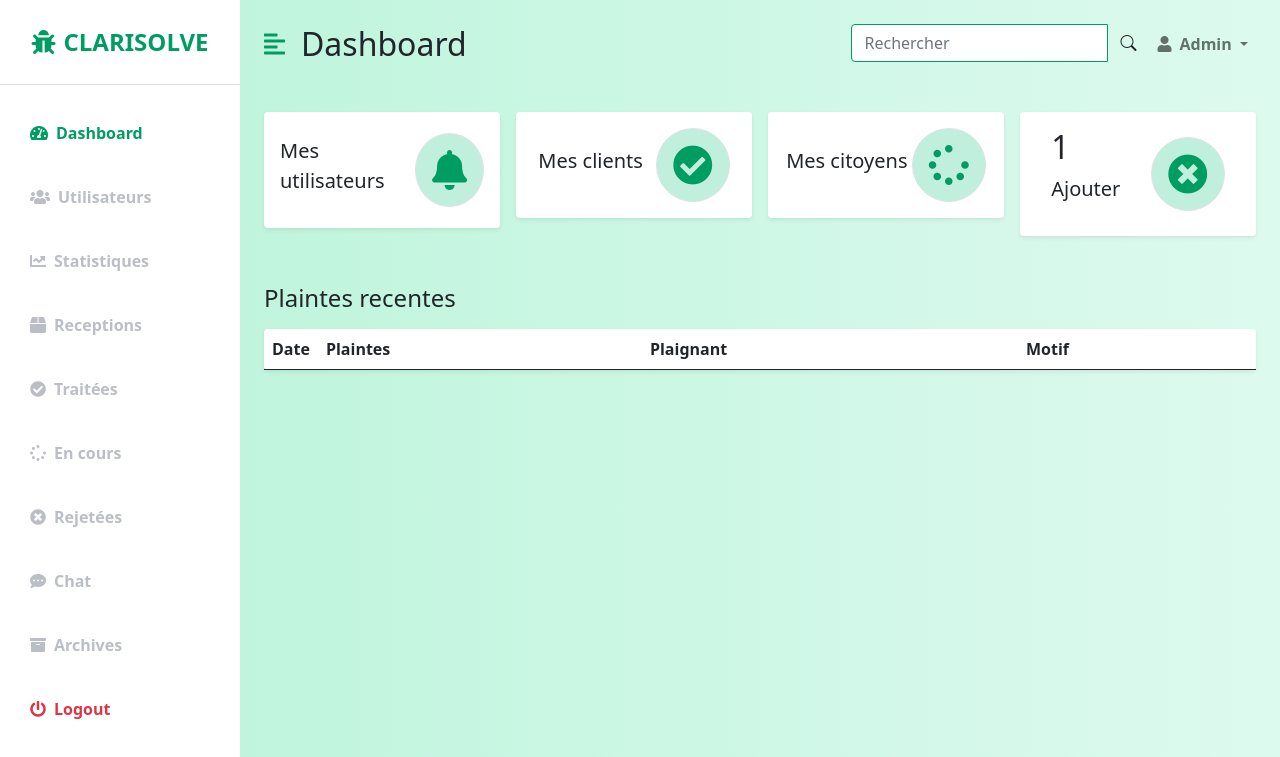
Repository: Senare1/PlaintEasy
Page: accounts/templates/accounts/users.html
These files come from the project's save history. The page is drawn as it stood at one moment and after the next save; the edit follows.
The browser window is 1280 px wide. The pictures show the whole page.
The template is drawn by Django 4.2. The application's start-up code is not run. Other server files are loaded and not shown. The template is opened directly, without the code that normally fills it, so the values that code supplies are empty.

Above is the page before, as saved 2024-07-31 06:23:28.

### accounts/templates/accounts/users.html
{% extends 'accounts/base.html' %}

{% load static %}

{% block title %} ADmin dashboard {% endblock %}
{% block content %}

<div class="container-fluid px-4">
    <div class="row g-3 my-2">
        <div class="col-md-3">
            <a href="{% url 'receiving' %}" class="text-decoration-none link-div">
                <div class="p-3 bg-white shadow-sm d-flex justify-content-around align-items-center rounded">
                    <div>
                        <h3 class="fs-2">{{ nb_total }}</h3>
                        <p class="fs-5">Mes utilisateurs</p>
                    </div>
                    <i class="fas fa-bell fs-1 primary-text border rounded-full secondary-bg p-3"></i>
                </div>
            </a>
        </div>

        <div class="col-md-3">
            <a href="{% url 'treated' %}" class="text-decoration-none link-div">
                <div class="p-3 bg-white shadow-sm d-flex justify-content-around align-items-center rounded">
                    <div>
                        <h3 class="fs-2">{{ nb_customer }}</h3>
                        <p class="fs-5">Mes clients</p>
                    </div>
                    <i
                        class="fas fa-check-circle fs-1 primary-text border rounded-full secondary-bg p-3"></i>
                </div>
            </a>
        </div>

        <div class="col-md-3">
            <a href="{% url 'running' %}" class="text-decoration-none link-div">
                <div class="p-3 bg-white shadow-sm d-flex justify-content-around align-items-center rounded">
                    <div>
                        <h3 class="fs-2">{{ nb_citizen }}</h3>
                        <p class="fs-5">Mes citoyens</p>
                    </div>
                    <i class="fas fa-spinner fs-1 primary-text border rounded-full secondary-bg p-3"></i>
                </div>
            </a>
        </div>

        <div class="col-md-3">
            <a href="{% url 'signup_user' %}" class="text-decoration-none link-div">
                <div class="p-3 bg-white shadow-sm d-flex justify-content-around align-items-center rounded">
                    <div>
                        <h3 class="fs-2">1</h3>
                        <p class="fs-5">Ajouter</p>
                    </div>
                    <i class="fas fa-times-circle fs-1 primary-text border rounded-full secondary-bg p-3"></i>
                </div>
            </a>
        </div>
    </div>

    <div class="row my-5">
        <h3 class="fs-4 mb-3">Plaintes recentes</h3>
        <div class="col">
            <table class="table bg-white rounded shadow-sm  table-hover">
                <thead>
                    <tr>
                        <th scope="col" width="50">Date</th>
                        <th scope="col">Plaintes</th>
                        <th scope="col">Plaignant</th>
                        <th scope="col">Motif</th>
                    </tr>
                </thead>
                <tbody>
                    {% for complaint in complaints %}
                    <tr>
                        <th scope="row">{{ complaint.date }}</th>
                        <td>Une diffammation</td>
                        <td>Jonny</td>
                        <td>Diffammation</td>
                    </tr>
                    {% endfor %}
                </tbody>
            </table>
        </div>
    </div>
</div>
</div>
{% endblock %}

### accounts/templates/accounts/base.html
{% load static %}
<!DOCTYPE html>
<html lang="en">

<head>
    <meta charset="UTF-8" />
    <meta http-equiv="X-UA-Compatible" content="IE=edge" />
    <meta name="viewport" content="width=device-width, initial-scale=1.0" />
    <link href="https://cdn.jsdelivr.net/npm/bootstrap@5.0.0-beta3/dist/css/bootstrap.min.css" rel="stylesheet" />
    <link rel="stylesheet" href="https://cdnjs.cloudflare.com/ajax/libs/bootstrap-icons/1.10.0/font/bootstrap-icons.min.css">
    <link rel="stylesheet" href="https://cdnjs.cloudflare.com/ajax/libs/font-awesome/5.15.3/css/all.min.css" />

    <link rel="stylesheet" href="{% static 'accounts/css/style.css' %}" />
    <title>{% block title %} {% endblock %}</title>
</head>

<body>
    <div class="d-flex" id="wrapper">
        <!-- Sidebar -->
        <div class="bg-white" id="sidebar-wrapper">
            <div class="sidebar-heading text-center py-4 primary-text fs-4 fw-bold text-uppercase border-bottom"><i
                    class="fas fa-bug me-2"></i>ClariSolve</div>
            <div class="list-group list-group-flush my-3">
                <a href="{% url 'dashboard' %}" class="list-group-item list-group-item-action bg-transparent second-text active"><i
                        class="fas fa-tachometer-alt me-2"></i>Dashboard</a>
                <a href="{% url 'users' %}" class="list-group-item list-group-item-action bg-transparent second-text fw-bold"><i
                        class="fas fa-users me-2"></i>Utilisateurs</a>
                <a href="{% url 'statistics' %}" class="list-group-item list-group-item-action bg-transparent second-text fw-bold"><i
                        class="fas fa-chart-line me-2"></i>Statistiques</a>
                <a href="{% url 'receiving' %}" class="list-group-item list-group-item-action bg-transparent second-text fw-bold"><i class="fas fa-box me-2"></i>Receptions</a>
                <a href="{% url 'treated' %}" class="list-group-item list-group-item-action bg-transparent second-text fw-bold"><i
                        class="fas fa-check-circle me-2"></i>Traitées</a>
                <a href="{% url 'running' %}" class="list-group-item list-group-item-action bg-transparent second-text fw-bold"><i
                        class="fas fa-spinner me-2"></i>En cours</a>
                <a href="{% url 'rejection' %}" class="list-group-item list-group-item-action bg-transparent second-text fw-bold"><i
                        class="fas fa-times-circle me-2"></i>Rejetées</a>
                <a href="{% url 'chat' %}" class="list-group-item list-group-item-action bg-transparent second-text fw-bold"><i
                        class="fas fa-comment-dots me-2"></i>Chat</a>
                <a href="{% url 'archive' %}" class="list-group-item list-group-item-action bg-transparent second-text fw-bold"><i
                        class="fas fa-archive me-2"></i>Archives</a>
                <a href="{% url 'logout' %}" class="list-group-item list-group-item-action bg-transparent text-danger fw-bold"><i
                        class="fas fa-power-off me-2"></i>Logout</a>
            </div>
        </div>
        <!-- /#sidebar-wrapper -->

        <!-- Page Content -->
        <div id="page-content-wrapper">
            <nav class="navbar navbar-expand-lg navbar-light bg-transparent py-4 px-4">
                <div class="d-flex align-items-center">
                    <i class="fas fa-align-left primary-text fs-4 me-3" id="menu-toggle"></i>
                    <h2 class="fs-2 m-0">Dashboard</h2>
                </div>

                <button class="navbar-toggler" type="button" data-bs-toggle="collapse"
                    data-bs-target="#navbarSupportedContent" aria-controls="navbarSupportedContent"
                    aria-expanded="false" aria-label="Toggle navigation">
                    <span class="navbar-toggler-icon"></span>
                </button>

                <div class="collapse navbar-collapse" id="navbarSupportedContent">
                    <ul class="navbar-nav ms-auto mb-2 mb-lg-0">
                        <li class="navbar-item dropdown">
                            <form class="d-flex search-form myform" role="search">
                                <div class="input-group">
                                    <input type="search" class="form-control search-input" placeholder="Rechercher" aria-label="Search">
                                    <button class="btn search-button" type="submit" id="resetBtn">
                                      <i class="bi bi-search"></i>
                                    </button>
                                </div>
                            </form>
                        </li>
                        <li class="nav-item dropdown">
                            <a class="nav-link dropdown-toggle second-text fw-bold" href="#" id="navbarDropdown"
                                role="button" data-bs-toggle="dropdown" aria-expanded="false">
                                <i class="fas fa-user me-2"></i>Admin
                            </a>
                            <ul class="dropdown-menu me-2" aria-labelledby="navbarDropdown">
                                <li><a class="dropdown-item" href="{% url 'profile' %}">Profile</a></li>
                                <li><a class="dropdown-item" href="{% url 'settings' %}">Settings</a></li>
                                <li><a class="dropdown-item" href="{% url 'logout' %}">Logout</a></li>
                            </ul>
                        </li>
                    </ul>
                </div>
            </nav>
                <!-- /#page-content-wrapper -->
            {% block content %}

            {% endblock %}
        </div>
    </div>
    <script src="https://cdn.jsdelivr.net/npm/bootstrap@5.0.0-beta3/dist/js/bootstrap.bundle.min.js"></script>


    <script>
        var el = document.getElementById("wrapper");
        var toggleButton = document.getElementById("menu-toggle");

        toggleButton.onclick = function () {
            el.classList.toggle("toggled");
        };

        document.getElementById('resetBtn').addEventListener('click', function() {
            document.getElementById('myForm').reset();
        });

    </script>
</body>

</html>

### accounts/static/accounts/css/style.css
:root {
  --main-bg-color: #009d63;
  --main-text-color: #009d63;
  --second-text-color: #bbbec5;
  --second-bg-color: #c1efde;
}

.primary-text {
  color: var(--main-text-color);
}

.second-text {
  color: var(--second-text-color);
}

.primary-bg {
  background-color: var(--main-bg-color);
}

.secondary-bg {
  background-color: var(--second-bg-color);
}

.rounded-full {
  border-radius: 100%;
}

#wrapper {
  overflow-x: hidden;
  background-image: linear-gradient(
    to right,
    #baf3d7,
    #c2f5de,
    #cbf7e4,
    #d4f8ea,
    #ddfaef
  );
}

#sidebar-wrapper {
  min-height: 100vh;
  margin-left: -15rem;
  -webkit-transition: margin 0.25s ease-out;
  -moz-transition: margin 0.25s ease-out;
  -o-transition: margin 0.25s ease-out;
  transition: margin 0.25s ease-out;
}

#sidebar-wrapper .sidebar-heading {
  padding: 0.875rem 1.25rem;
  font-size: 1.2rem;
}

#sidebar-wrapper .list-group {
  width: 15rem;
}

#page-content-wrapper {
  min-width: 100vw;
}

#wrapper.toggled #sidebar-wrapper {
  margin-left: 0;
}

#menu-toggle {
  cursor: pointer;
}

.list-group-item {
  border: none;
  padding: 20px 30px;
}

.list-group-item.active {
  background-color: transparent;
  color: var(--main-text-color);
  font-weight: bold;
  border: none;
}

@media (min-width: 768px) {
  #sidebar-wrapper {
    margin-left: 0;
  }

  #page-content-wrapper {
    min-width: 0;
    width: 100%;
  }

  #wrapper.toggled #sidebar-wrapper {
    margin-left: -15rem;
  }
}


.link-div ,.link-div:hover{
  color: inherit;
}

.form-control {
  border: 1px solid #009d63;
}

After the next save:
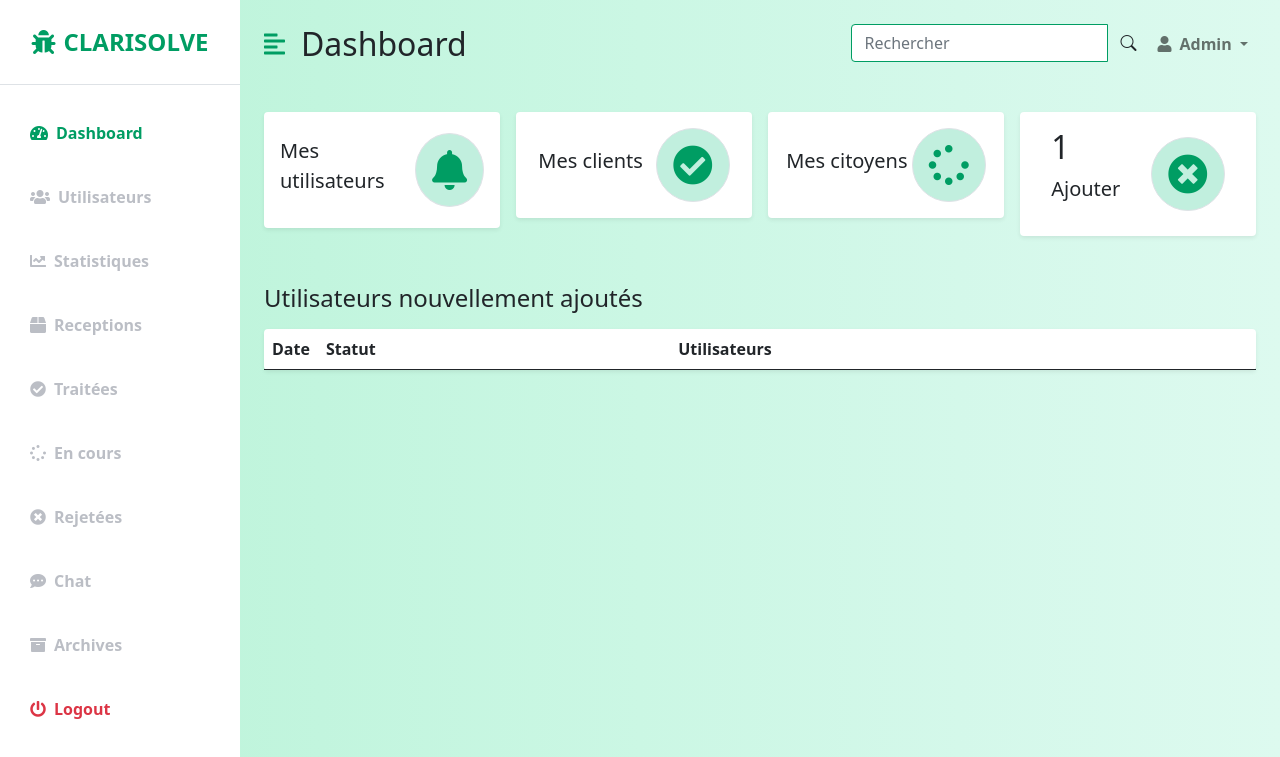
Saved 5 min 52 s later.
--- a/accounts/templates/accounts/users.html
+++ b/accounts/templates/accounts/users.html
@@ -58,15 +58,14 @@
     </div>
 
     <div class="row my-5">
-        <h3 class="fs-4 mb-3">Plaintes recentes</h3>
+        <h3 class="fs-4 mb-3">Utilisateurs nouvellement ajoutés</h3>
         <div class="col">
             <table class="table bg-white rounded shadow-sm  table-hover">
                 <thead>
                     <tr>
                         <th scope="col" width="50">Date</th>
-                        <th scope="col">Plaintes</th>
-                        <th scope="col">Plaignant</th>
-                        <th scope="col">Motif</th>
+                        <th scope="col">Statut</th>
+                        <th scope="col">Utilisateurs</th>
                     </tr>
                 </thead>
                 <tbody>
